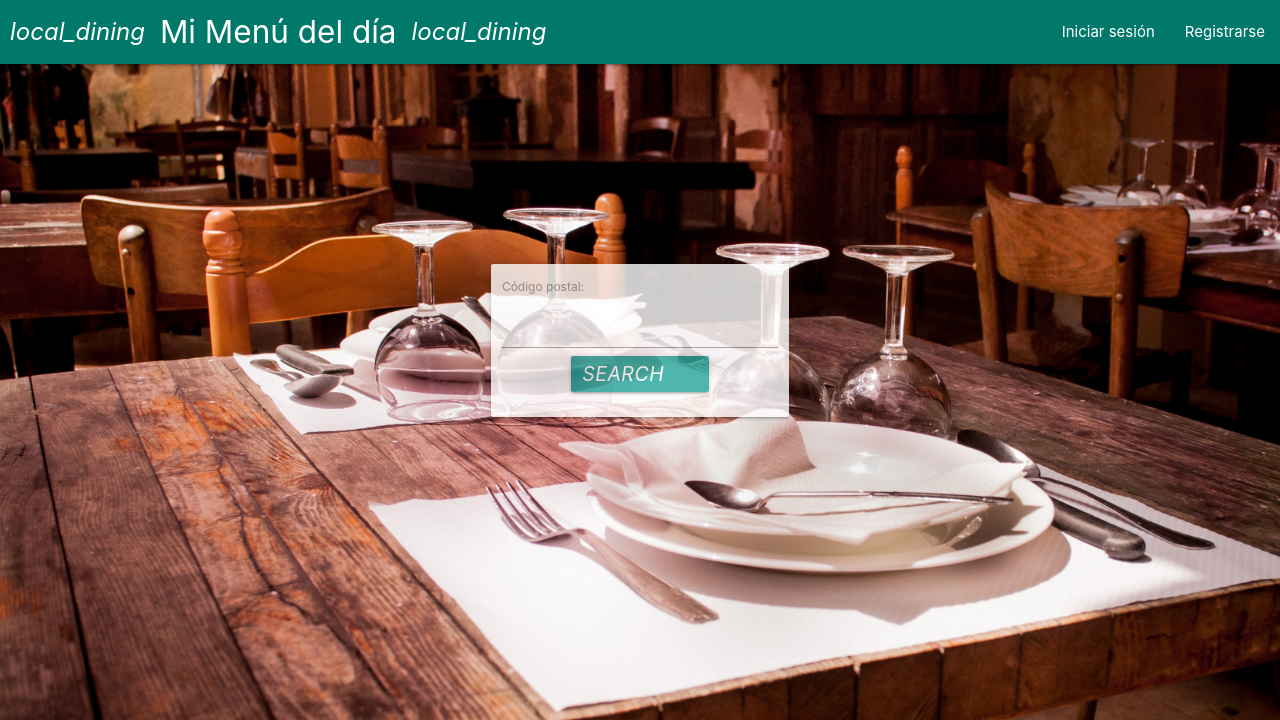
Repository: ixtab/ProyectoJavaRestaurante
Page: http://localhost/MiMenu/
These files come from the project's save history. The page is drawn as it stood at one moment and after the next save; the edit follows.
The browser window is 1280 px wide. The pictures show the whole page.
The page is served by Tomcat 9.

Above is the page before, as saved 2019-03-17 19:49:59.

### MiMenu/WebContent/index.jsp
<%@ page language="java" contentType="text/html; charset=ISO-8859-1"
    pageEncoding="ISO-8859-1"%>
<!DOCTYPE html>
<html>
<head>
	<meta charset="utf-8">
      <link href="https://fonts.googleapis.com/icon?family=Material+Icons" rel="stylesheet">
      <link type="text/css" rel="stylesheet" href="css/materialize.min.css"  media="screen,projection"/>
      <link type="text/css" rel="stylesheet" href="css/style.css" />
      <meta name="viewport" content="width=device-width, initial-scale=1.0"/>
	<title>Mi Menú del día</title>

</head>
<body>

	<header>
			<nav>
			    <div class="teal darken-2 nav-wrapper">
			      <a href="#" class="brand-logo"><i class="large material-icons">local_dining</i> Mi Menú del día <i class="large material-icons right">local_dining</i></a>
			      <ul id="nav-mobile" class="right hide-on-med-and-down">
			        <li><a href="iniciar.jsp">Iniciar sesión</a></li>
			        <li><a href="registro.jsp">Registrarse</a></li>
			      </ul>
			    </div>
			  </nav>
		</header>

	<div class="trans margen-superior container row">
		<div class="margen-superior card-panel col s4 offset-s4 padding">

			<form class = "flow-text">
				<label >Código postal:<input type="text" id="cp"></label>
			</form>
			<a class=" margen-inferior waves-effect waves-light btn col s6 offset-s3 hoverable" onclick="buscar()"><i class="material-icons left">search</i>Buscar</a>
		</div>
	</div>


	<script type="text/javascript" src="js/materialize.min.js"></script>
</body>
</html>

### MiMenu/WebContent/css/style.css
html {
    background: url(../img/fondo.jpg) no-repeat center center fixed;
    -webkit-background-size: cover;
    -moz-background-size: cover;
    -o-background-size: cover;
    background-size: cover;
}

body {

}


.margen-superior {
	margin-top: 100px;
}

.margen-inferior {
	margin-bottom: 25px;
}

.mapa {
	display: none;
}

.trans {
	opacity: 0.8;
}
.brand-logo {
	padding-left: 10px !important;
}

Loaded but not shown: MiMenu/WebContent/css/materialize.min.css (library); MiMenu/WebContent/js/materialize.min.js (library)

After the next save:
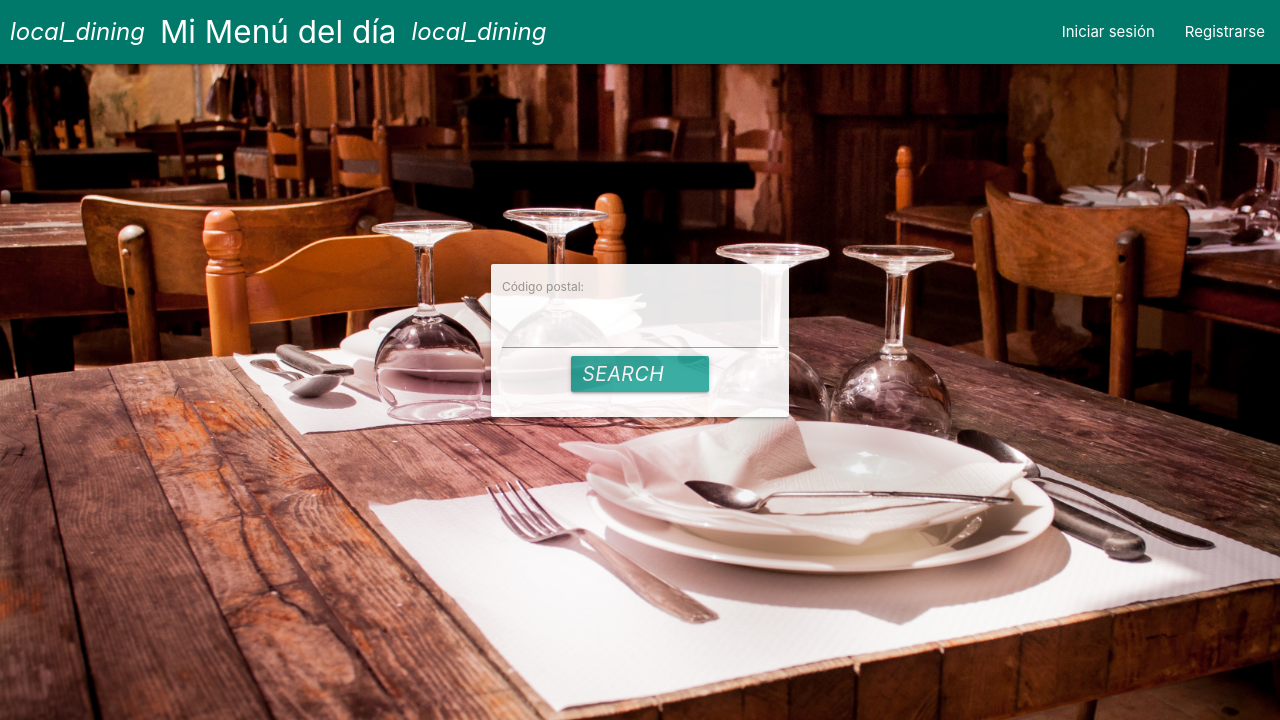
Saved 10 s later.
--- a/MiMenu/WebContent/css/style.css
+++ b/MiMenu/WebContent/css/style.css
@@ -24,7 +24,7 @@ body {
 }
 
 .trans {
-	opacity: 0.8;
+	opacity: 0.9;
 }
 .brand-logo {
 	padding-left: 10px !important;
